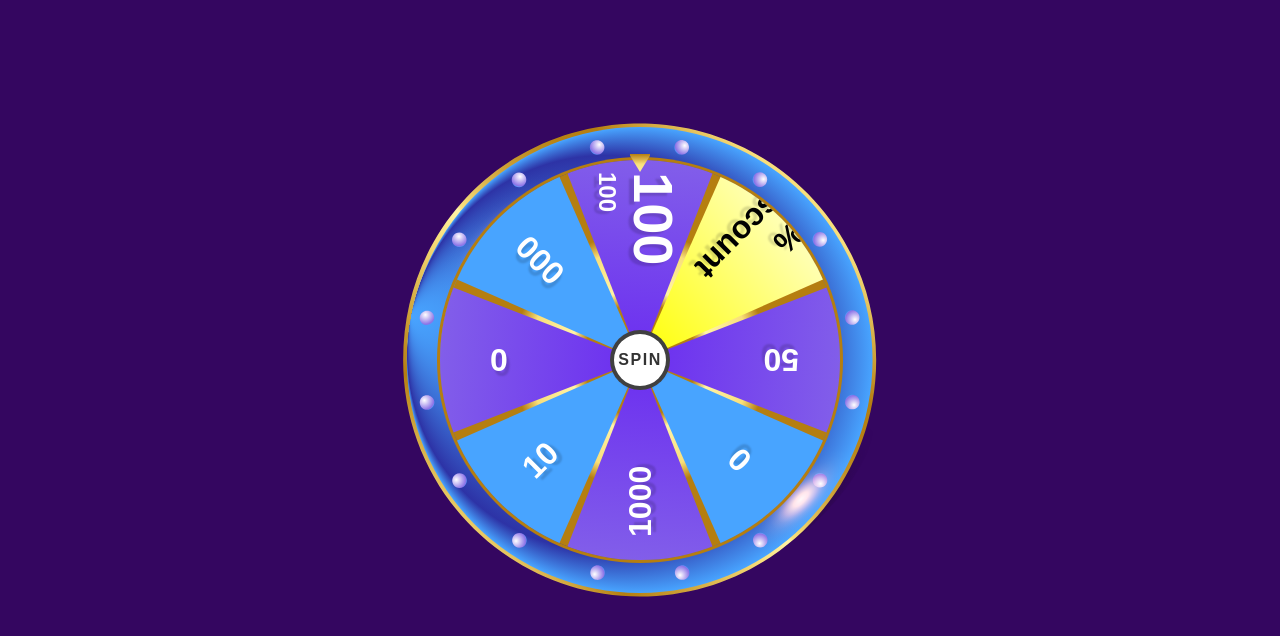
Repository: Jacques-Jaki-Morkel/FundedMarketplace_WheelofFortune
Page: index.html
These files come from the project's save history. The page is drawn as it stood at one moment and after the next save; the edit follows.
The browser window is 1280 px wide. The pictures show the whole page.

Above is the page before, as saved 2025-08-14 14:03:36.

After the next save:
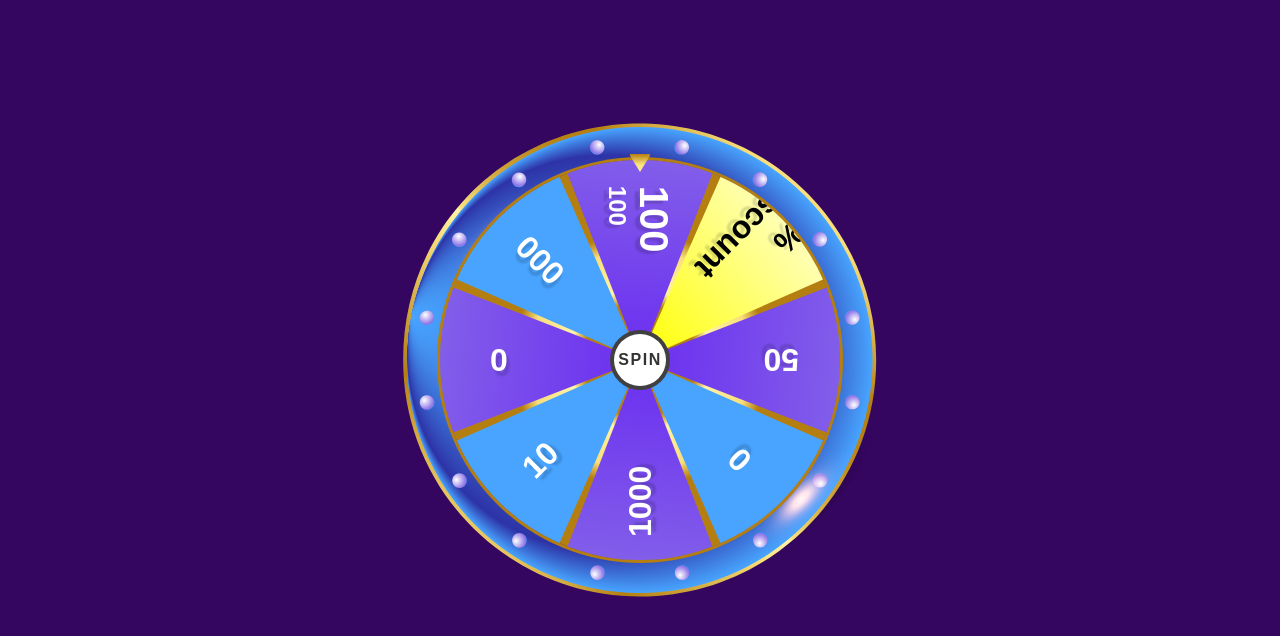
Saved 7 s later.
--- a/styles.css
+++ b/styles.css
@@ -116,7 +116,7 @@ body {
     font-size: 0.75em;
 }
 .largeSliceText {
-    font-size: 1.75em;
+    font-size: 1.25em;
 }
 
 /* .container .wheel .number span::after {
